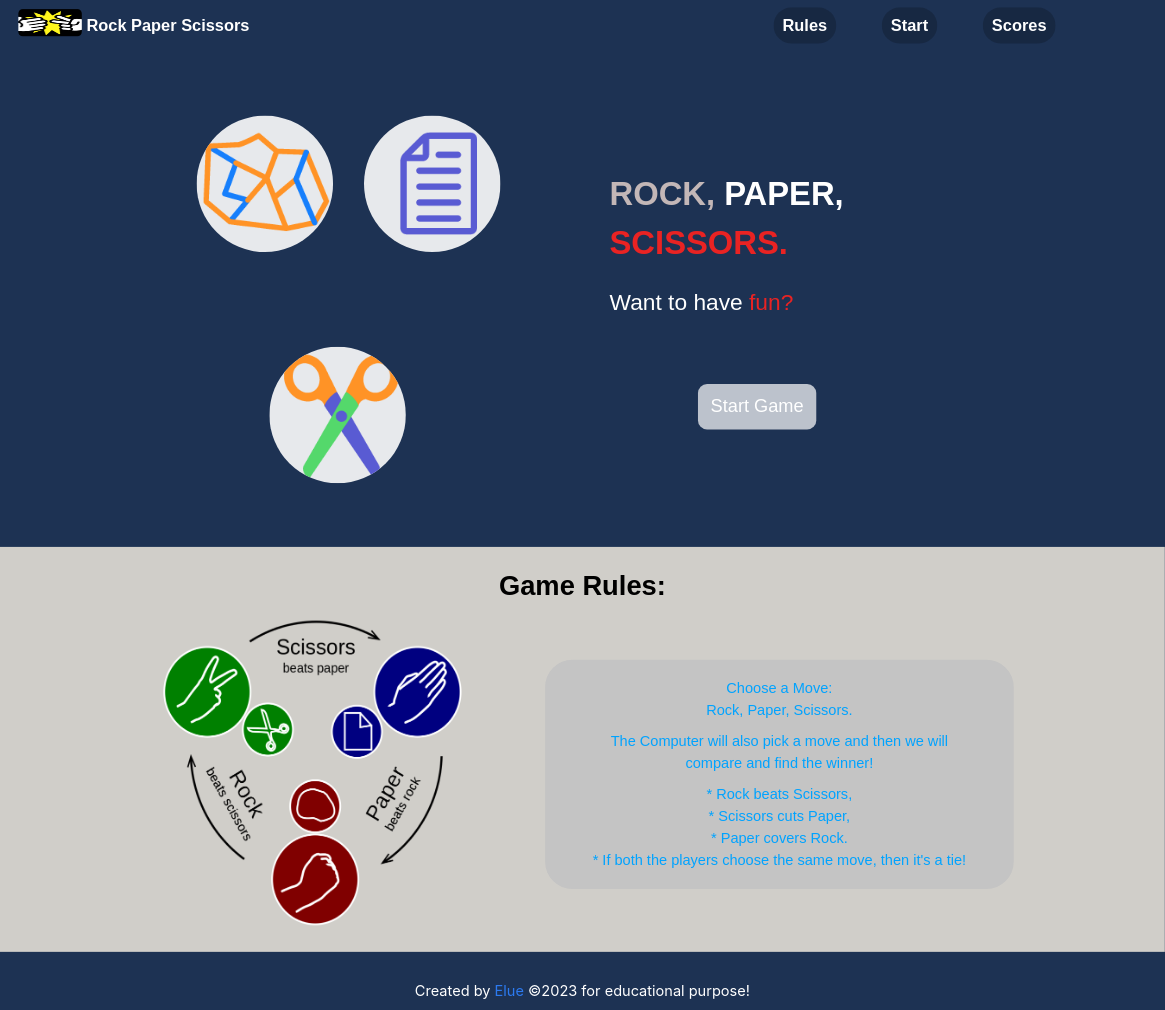
Repository: MikkyPrestige/rock-paper-scissors
Page: index.html
These files come from the project's save history. The page is drawn as it stood at one moment and after the next save; the edit follows.
The browser window is 1280 px wide. The pictures show the whole page, at 91% of full size.
The pointer rests on the first visible `.btn a`.

Above is the page before, as saved 2023-05-08 06:21:08.

### index.html
<!DOCTYPE html>
<html lang="en">

<head>
  <meta charset="UTF-8">
  <meta http-equiv="X-UA-Compatible" content="IE=edge">
  <meta name="viewport" content="width=device-width, initial-scale=1.0">
  <title>Rock, Paper or Scissors Game</title>
  <link rel="stylesheet" href="./index.css">
  <!-- <script src="./index.js" defer></script> -->
</head>

<body>
  <main>
    <header>
      <figure>
        <a href="/">
          <img src="./img/logo.png" alt="Logo" class="logo">
        </a>
        <figcaption>Rock Paper Scissors</figcaption>
      </figure>
      <nav>
        <ul>
          <li><a href="#rule">Rules</a></li>
          <li><a href="./game.html">Start</a></li>
          <li><a href="#">Scores</a></li>
        </ul>
      </nav>
    </header>
    <section class="home">
      <div class="images">
        <img src="./img/Rock.gif" alt="Rock image" class="img rock">
        <img src="./img/Paper.gif" alt="Paper image" class="img paper">
        <img src="./img/Scissors.gif" alt="Scissors image" class="img scissors">
      </div>
      <div class="content">
        <h1 class="content--title"><span class="content-rock">Rock,</span> Paper, <span
            class="content-scissors">Scissors.</span></h1>
        <p class="content--text">Want to have <span class="fun">fun?</span></p>
        <button class="btn">
          <a href="./game.html">Start Game</a>
        </button>
      </div>
    </section>

    <section class="rule" id="rule">
      <div class="rule--container">
        <h2 class="rule--title">Game Rules:</h2>
        <div class="rule--content">
          <img src="./img/image.png" alt="Game image" class="rule--img">
          <div class="rule--para">
            <p class="rule--text">Choose a Move: <br>Rock, Paper, Scissors.</p>
            <p class="rule--text">The Computer will also pick a move and then we will compare and find the winner!</p>
            <p class="rule--text">* Rock beats Scissors, <br> * Scissors cuts Paper, <br> * Paper covers Rock. <br> * If
              both the players choose the same move, then it's a tie!</p>
          </div>
        </div>
        <!-- <button type="submit" class="btn">New Game</button> -->
      </div>
    </section>

    <footer>
      <p class="footer--text">Created by <a href="#" target="_blank" class="footer--link">Elue</a> &copy;2023 for
        educational purpose!</p>
    </footer>
  </main>
</body>

</html>

### index.css
*,
*::after,
*::before {
  box-sizing: border-box;
  margin: 0;
  padding: 0;
}

html {
  font-size: 62.5%;
}

body {
  font-family: "Fira Sans", sans-serif;
  font-size: 1.6rem;
  line-height: 1.5;
  background: rgba(29, 50, 83, 1);
  color: rgba(255, 255, 255, 1);
  width: 100%;
  height: 100%;
}

main {
  display: flex;
  flex-direction: column;
  justify-content: center;
  gap: 2rem;
  height: 100%;
  width: 100%;
}

header {
  display: flex;
  justify-content: space-between;
  align-items: center;
  padding: 1rem 2rem;
  width: 100%;
  height: auto;
}

figure {
  display: flex;
  align-items: center;
  gap: .5rem;
  height: auto;
}

.logo {
  width: 7rem;
  height: 3rem;
  border-radius: .5rem;
  -webkit-border-radius: .5rem;
  -moz-border-radius: .5rem;
  -ms-border-radius: .5rem;
  -o-border-radius: .5rem;
}

figcaption {
  font-size: 1.8rem;
  font-weight: 600;
  color: rgba(255, 255, 255, 1);
}

nav {
  height: auto;
  margin-right: 10rem;
}

ul {
  display: flex;
  justify-content: center;
  align-items: center;
  gap: 5rem;
  list-style: none;
}

li a {
  font-size: 1.8rem;
  font-weight: 600;
  color: rgba(255, 255, 255, 1);
  background: linear-gradient(0deg, rgba(0, 0, 0, 0.2), rgba(0, 0, 0, 0.2)), #1D3253;
  text-decoration: none;
  padding: 1rem;
  border-radius: 2rem;
}

li a:hover {
  background: rgba(255, 255, 255, 1);
  color: rgba(29, 50, 83, 1);
  text-decoration: underline;
}

.home {
  display: flex;
  justify-content: center;
  align-items: center;
  width: 100%;
  height: 70vh;
}

.images {
  position: relative;
  height: 100%;
  flex-basis: 30%;
}

.img {
  background: rgba(253, 253, 253, 0.9);
  border-radius: 50%;
  -webkit-border-radius: 50%;
  -moz-border-radius: 50%;
  -ms-border-radius: 50%;
  -o-border-radius: 50%;
  width: 15rem;
  height: 15rem;
}

.rock {
  position: absolute;
  top: 5rem;
  left: 0rem;
}

.paper {
  position: absolute;
  top: 5rem;
  right: 5rem;
}

.scissors {
  position: absolute;
  bottom: 5rem;
  left: 8rem;
}

.content {
  display: flex;
  flex-direction: column;
  justify-content: center;
  align-items: center;
  gap: 2rem;
}

.content--title {
  font-size: 3.6rem;
  font-weight: 600;
  width: 70%;
  text-transform: uppercase;
}

.content-rock {
  color: rgba(195, 183, 183, 1);
}

.content-scissors {
  color: rgba(233, 35, 35, 1);
}

.content--text {
  font-size: 2.5rem;
  font-weight: 400;
  width: 70%;
}

.fun {
  color: rgba(233, 35, 35, 1);
}

.btn {
  width: 13rem;
  height: 5rem;
  background: #2C7AF0;
  border-radius: 1rem;
  -webkit-border-radius: 1rem;
  -moz-border-radius: 1rem;
  -ms-border-radius: 1rem;
  -o-border-radius: 1rem;
  border: none;
  margin-top: 5rem;
  transition: all .3s ease-in-out;
  -webkit-transition: all .3s ease-in-out;
  -moz-transition: all .3s ease-in-out;
  -ms-transition: all .3s ease-in-out;
  -o-transition: all .3s ease-in-out;
}

.btn a {
  text-decoration: none;
  font-size: 2rem;
  color: rgba(255, 255, 255, 1);
  cursor: pointer;
}

.btn:hover {
  background: rgba(255, 255, 255, .7);
  color: rgba(44, 122, 240, 1);
}

.rule {
  width: 100%;
  height: 100%;
  background: #D0CEC9;
}

.rule--container {
  display: flex;
  flex-direction: column;
  justify-content: center;
  align-items: center;
  gap: 1rem;
  margin: 2rem;
}

.rule--title {
  font-size: 3rem;
  font-weight: 600;
  color: #000;
}

.rule--content {
  display: flex;
  justify-content: space-around;
  align-items: center;
}

.rule--img {
  width: 35rem;
  height: 35rem;
}

.rule--para {
  background: #C4C4C4;
  width: 50%;
  text-align: center;
  padding: 2rem 5rem;
  border-radius: 3rem;
  -webkit-border-radius: 3rem;
  -moz-border-radius: 3rem;
  -ms-border-radius: 3rem;
  -o-border-radius: 3rem;
  display: flex;
  flex-direction: column;
  justify-content: center;
  align-items: center;
  gap: 1rem;
}

.rule--text {
  color: rgba(0, 163, 255, 1);
}

footer {
  margin: 1rem auto;
}

.footer--text {
  font-family: "Inter";
}

.footer--link {
  color: rgba(44, 122, 240, 1);
  text-decoration: none;
}

After the next save:
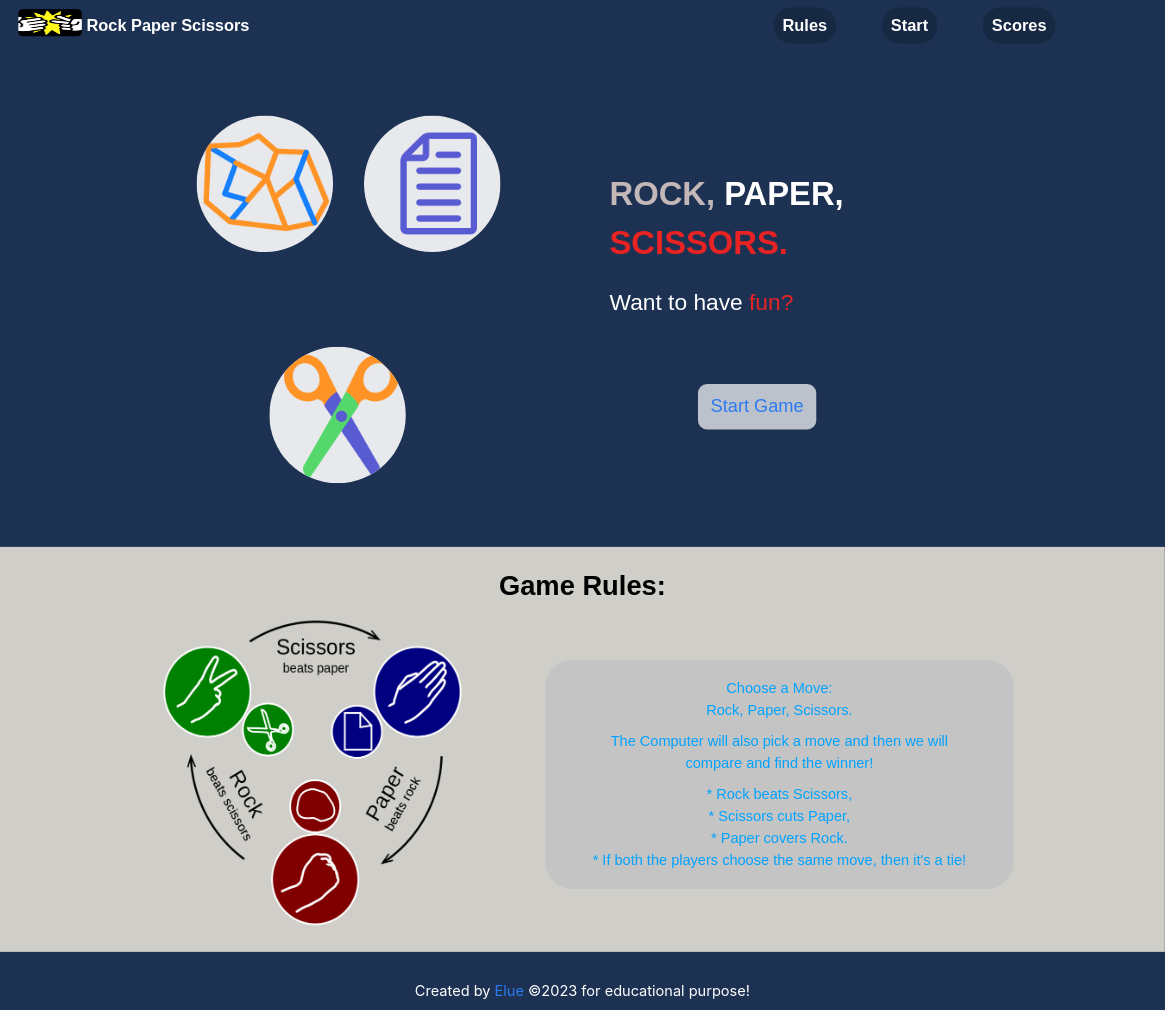
Saved 27 s later.
--- a/index.css
+++ b/index.css
@@ -191,9 +191,12 @@
   cursor: pointer;
 }
 
+.btn a:hover {
+  color: rgba(44, 122, 240, 1);
+}
+
 .btn:hover {
   background: rgba(255, 255, 255, .7);
-  color: rgba(44, 122, 240, 1);
 }
 
 .rule {
